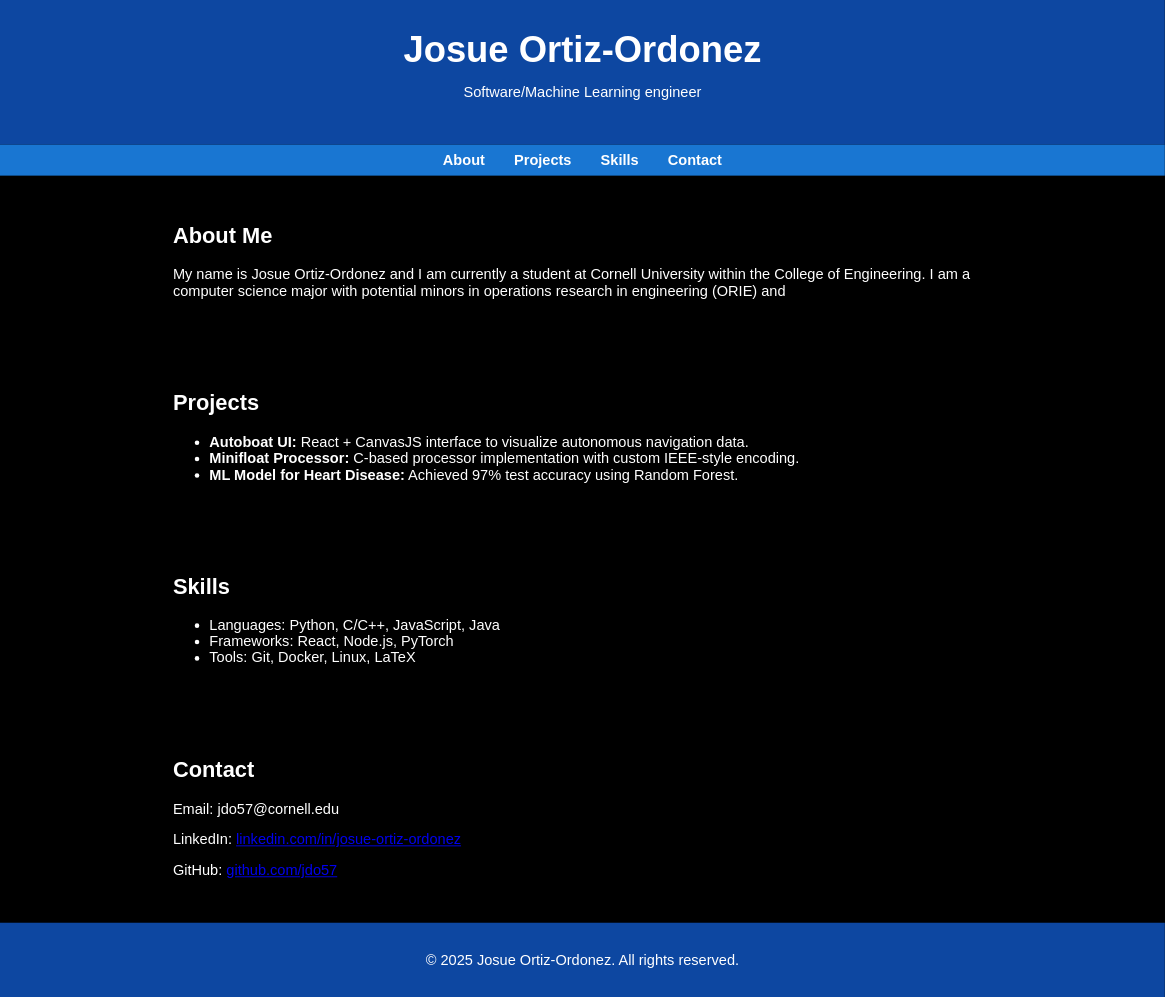
Repository: jdo57/Website
Page: index.html
The author's editor kept a copy of each file at every save. The page is drawn from the files as they stood at one save, then again after the next save.
The browser window is 1280 px wide. The pictures show the whole page, at 91% of full size.

Above is the page before, as saved 2025-05-26 01:16:52.

### index.html
<!DOCTYPE html>
<html lang="en">
<head>
  <meta charset="UTF-8" />
  <meta name="viewport" content="width=device-width, initial-scale=1.0" />
  <title>Josue Ortiz-Ordonez | Portfolio</title>
  <style>
    :root {
      --primary-color: #0d47a1;
      --background-color: #000000;
      --text-color: #ffffff;
      --accent-color: #1976d2;
    }

    body {
      margin: 0;
      font-family: Arial, sans-serif;
      background-color: var(--background-color);
      color: var(--text-color);
    }

    header {
      background-color: var(--primary-color);
      padding: 2rem;
      text-align: center;
    }

    header h1 {
      margin: 0;
      font-size: 2.5rem;
    }

    nav {
      display: flex;
      justify-content: center;
      background-color: var(--accent-color);
      padding: 0.5rem;
    }

    nav a {
      margin: 0 1rem;
      color: white;
      text-decoration: none;
      font-weight: bold;
    }

    nav a:hover {
      text-decoration: underline;
    }

    section {
      padding: 2rem;
      max-width: 900px;
      margin: auto;
    }

    footer {
      background-color: var(--primary-color);
      color: white;
      text-align: center;
      padding: 1rem;
      position: relative;
    }
  </style>
</head>
<body>
  <header>
    <h1>Josue Ortiz-Ordonez</h1>
    <p>Software/Machine Learning engineer</p>
  </header>

  <nav>
    <a href="#about">About</a>
    <a href="#projects">Projects</a>
    <a href="#skills">Skills</a>
    <a href="#contact">Contact</a>
  </nav>

  <section id="about">
    <h2>About Me</h2>
    <p>
      My name is Josue Ortiz-Ordonez and I am currently a student at Cornell University within
      the College of Engineering. I am a computer science major with potential minors in operations
      research in engineering (ORIE) and
    </p>
  </section>

  <section id="projects">
    <h2>Projects</h2>
    <ul>
      <li><strong>Autoboat UI:</strong> React + CanvasJS interface to visualize autonomous navigation data.</li>
      <li><strong>Minifloat Processor:</strong> C-based processor implementation with custom IEEE-style encoding.</li>
      <li><strong>ML Model for Heart Disease:</strong> Achieved 97% test accuracy using Random Forest.</li>
    </ul>
  </section>

  <section id="skills">
    <h2>Skills</h2>
    <ul>
      <li>Languages: Python, C/C++, JavaScript, Java</li>
      <li>Frameworks: React, Node.js, PyTorch</li>
      <li>Tools: Git, Docker, Linux, LaTeX</li>
    </ul>
  </section>

  <section id="contact">
    <h2>Contact</h2>
    <p>Email: jdo57@cornell.edu</p>
    <p>LinkedIn: <a href="https://www.linkedin.com/in/josue-ortiz-ordonez/" target="_blank">linkedin.com/in/josue-ortiz-ordonez</a></p>
    <p>GitHub: <a href="https://github.com/jdo57" target="_blank">github.com/jdo57</a></p>
  </section>

  <footer>
    <p>&copy; 2025 Josue Ortiz-Ordonez. All rights reserved.</p>
  </footer>
</body>
</html>

After the next save:
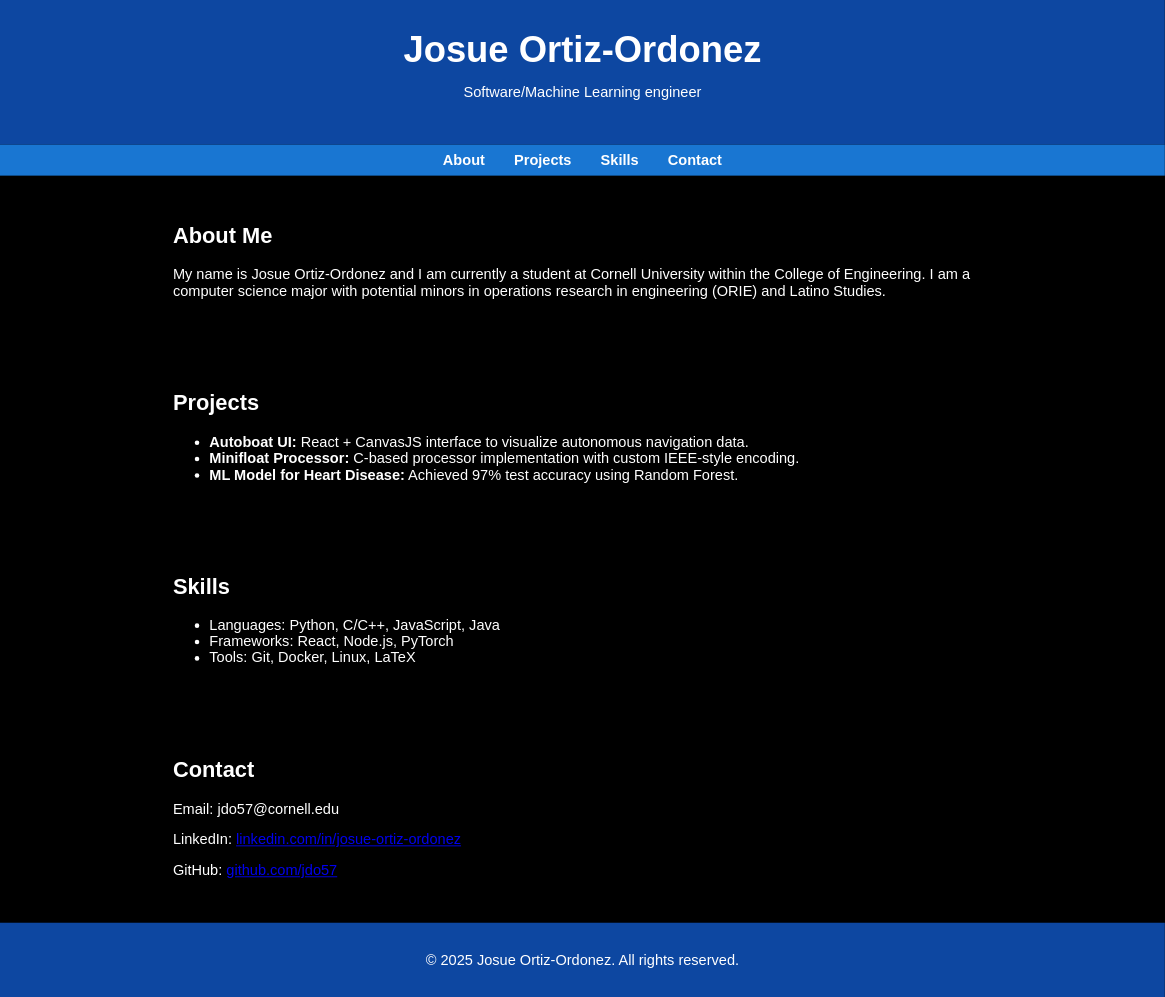
Saved 6 s later.
--- a/index.html
+++ b/index.html
@@ -81,7 +81,7 @@
     <p>
       My name is Josue Ortiz-Ordonez and I am currently a student at Cornell University within
       the College of Engineering. I am a computer science major with potential minors in operations
-      research in engineering (ORIE) and
+      research in engineering (ORIE) and Latino Studies.
     </p>
   </section>
 
